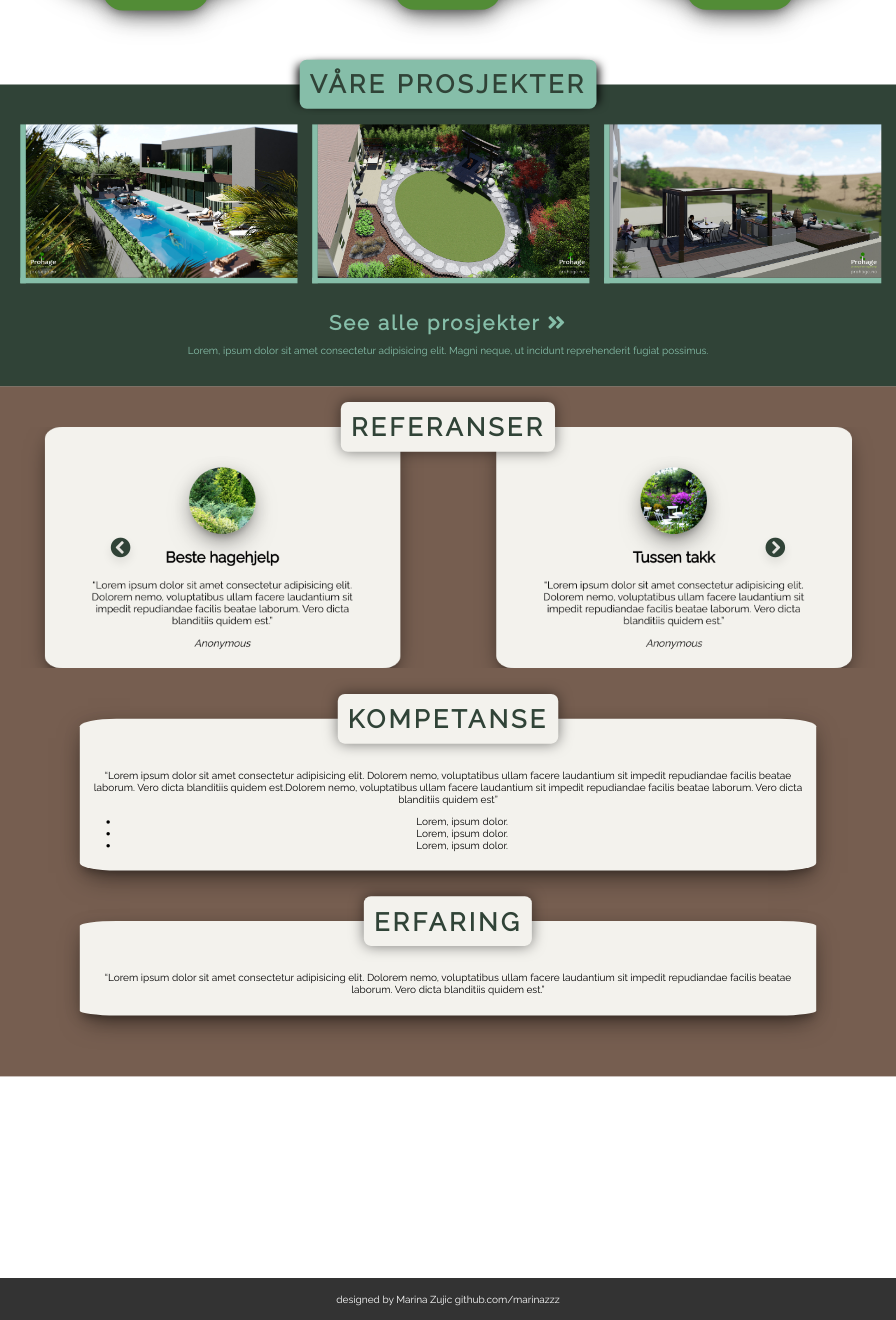
Repository: marinazzz/garden-design-website
Page: Garden design website/index.html
An editor plug-in stored every save of this project. The page is shown before and after the next save, followed by the edit.
The browser window is 1280 px wide. The pictures show the part of the page from y = 1404 to 3324 px (the page is 3290 px tall before and 3324 px after), at 70% of full size.

Above is the page before, as saved 2020-04-06 10:23:39.

### Garden design website/index.html
<!DOCTYPE html>
<html lang="nb">
<head>
    <title>Hagedesign Oslo</title>
    <link rel="stylesheet" type="text/css" href="CSS/fontawesome-free-5.12.1-web/css/all.min.css">
    <link rel="stylesheet" type="text/css" href="CSS/style.css"/>
    <link rel="stylesheet" type="text/css" href="CSS/min-width-768px.css">
    <link rel="stylesheet" type="text/css" href="CSS/min-width-992px.css">
    <link rel="stylesheet" href="https://cdnjs.cloudflare.com/ajax/libs/animate.css/3.7.2/animate.min.css">
    <link rel="stylesheet" type="text/css" href="PLUGINS/glide-master/dist/css/glide.core.min.css" />
    <link rel="stylesheet" type="text/css" href="PLUGINS/glide-master/dist/css/glide.theme.min.css" />
    <link href="https://fonts.googleapis.com/css?family=Raleway&display=swap" rel="stylesheet">
    <meta name="viewport" content="width=device-width, initial-scale=1" charset="UTF-8">
</head>
<body>
    <header class="header--white-green">
        <div class="wrapper">
        <div class="container__menu--small container__menu"> <!--grid container-->
            <div class="container__logo"> <!--1.column-->
                <img class="logo"src="images/prohage black.png" alt="Prohage logo">
            </div>
            <div class="container__items--small container__items"> <!--2.column-->
                <div class="container__item"> <!--1.row-->
                     <a href="mailto:info@prohage.no"
                         class ="container__item-txt"><i class="far fa-envelope"></i>info@prohage.no</a>
                     <a href="tlf:45511111"
                         class="container__item-txt"><i class="fas fa-phone"></i>45511111</a>
                </div>
               <div class="container__item-bottom"> <!--2.row-->
                   <button class="menu__toggle">
                       <i class="fas fa-bars"></i>
                   </button>
                   <nav id="menu">
                        <ul class="menu__list">
                            <li class="menu__item">
                                <a class="menu__link" href="home">Home</a>
                            </li>
                            <li class="menu__item">
                                <a class="menu__link" href="#services">Våre tjenester</a>
                            </li>
                            <li class="menu__item">
                                <a class="menu__link" href="#gallery">Galleri</a>
                            </li>
                            <li class="menu__item">
                                <a class="menu__link" href="#about">Om oss</a>
                            </li>
                            <li class="menu__item">
                                <a class="menu__link" href="#blog">Blogg</a>
                            </li>
                            <li class="menu__item">
                                <a class="menu__link" href="kontakt">Kontakt</a>
                            </li>
                       </ul>
                   </nav>
               </div>
            </div>
            </div>
        </div>
        <section id="main-photo">
            <div class="glide">
                <div class="glide__track"
                     data-glide-el="track">
                    <ul class="glide__slides">
                        <li class="glide__slide">
                            <img class="main-photo__item"
                                 srcset="images/daylight-environment-garden-2000.jpg 2000w,
                                         images/daylight-environment-garden-1000.jpg 1000w"
                                 sizes="(min-width: 1440px) 2000px, 100vw"
                                 src="images/daylight-environment-garden-2000.jpg" alt="Garden and plants" />
                                 <h1 class="main-photo__title">Profesjonell hagehjelp</h1>
                        </li>
                        <li class="glide__slide">
                            <img class="main-photo__item"
                                 srcset="images/main-header-photo-2000.jpg 2000w,
                                          images/main-header-photo-1000.jpg 1000w"
                                 sizes="(min-width: 1440px) 2000px, 100vw"
                                 src="images/main-header-photo-2000.jpg" alt="Garden and plants" />
                                 <h1 class="main-photo__title">Ta kontakt allerede idag</h1>
                                </li>
                        <li class="glide__slide">
                            <img class="main-photo__item"
                                 srcset="images/header-photo-2000.jpg 2000w,
                                         images/header-photo-1000.jpg 1000w"
                                 sizes="(min-width: 1440px) 2000px, 100vw"
                                 src="images/header-photo-2000.jpg" alt="Garden designed by proffesional" />
                                 <h1 class="main-photo__title">Rådgiving og tipser</h1>
                        </li>
                        <li class="glide__slide">
                            <img class="main-photo__item"
                                 srcset="images/bloom-blooming-blur-2000.jpg 2000w,
                                         images/bloom-blooming-blur-1000.jpg 1000w"
                                 sizes="(min-width: 1440px) 2000px, 100vw"
                                 src="images/bloom-blooming-blur-2000.jpg" alt="Garden designed by proffesional" />
                                 <h1 class="main-photo__title">Følg vår hageblogg</h1>
                        </li>
                    </ul>
                </div>
                <!--<div class="glide__arrows"
                         data-glide-el="controls">
                        <button class="glide__arrow glide__arrow--left"
                                data-glide-dir="<">
                            <i class="fas fa-chevron-circle-left"></i>
                        </button>
                        <button class="glide__arrow glide__arrow--right"
                                data-glide-dir=">">
                            <i class="fas fa-chevron-circle-right"></i>
                        </button>
                    </div>-->
            </div>

            <!--<img class="main-photo__item1"
                 srcset="images/architecture-clouds-daylight-2000.jpg 2000w,
                         images/architecture-clouds-daylight-1000.jpg 1000w"
                 sizes="(min-width: 1440px) 2000px, 100vw"
                 src="images/architecture-clouds-daylight-2000.jpg" alt="Garden">
            <img class="main-photo__item2"
                 srcset="images/header-photo-2000.jpg 2000w,
                         images/header-photo-1000.jpg 1000w"
                 sizes="(min-width: 1440px) 2000px, 100vw"
                 src="images/header-photo-2000.jpg" alt="Garden designed by proffesional" >
            <img class="main-photo__item3"
                 srcset="images/main-header-photo-2000.jpg 2000w,
                         images/main-header-photo-1000.jpg 1000w"
                 sizes="(min-width: 1440px) 2000px, 100vw"
                 src="images/main-header-photo-2000.jpg" alt="Garden and plants" >
            <h1 class="main-photo__title">Profesjonell hagehjelp</h1>-->
        </section>
     </header>
     <main>
         <section id="services" class="section--white-green section__container">
            <h1 class="services__title">Tjenester</h1>
            <div class="services__wrapp">
            <section class="services__item">
                <div class="item-title__wrapp">
                    <i class="fas fa-circle"></i>
                    <h2 class="services__item-title">Hagedesign</h2>
                </div>
                <p class="services__txt">Lorem ipsum dolor sit amet consectetur adipisicing elit. Reiciendis, laboriosam.ipsum ex aperiam dolores corporis iusto!</p>
                <div class="button__position">
                     <img class="services__photo" src="images/Hagedesign.jpg" alt="Hagedesigner tegner" />
                     <button class="services__toggle">les mer</button>
                </div>
            </section>
            <section class="services__item">
                <div class="item-title__wrapp">
                    <i class="fas fa-circle"></i>
                    <h2 class="services__item-title">Hagekonsultasjon</h2>
                </div>
                <p class="services__txt">Lorem ipsum dolor sit amet consectetur adipisicing elit. Reiciendis, laboriosam.ipsum ex aperiam dolores corporis iusto!</p>
                <div class="button__position">
                    <img class="services__photo" src="images/konsultasjon.jpg" alt="Hagekonsultasjon med hagedesigner"/> <!--smaller picture than other 2-->
                    <button class="services__toggle">les mer</button>
                </div>
            </section>
            <section class="services__item">
                <div class="item-title__wrapp">
                    <i class="fas fa-circle"></i>
                    <h2 class="services__item-title">Hageskise</h2>
                </div>
                <p class="services__txt">Lorem ipsum dolor sit amet consectetur adipisicing elit. Reiciendis, laboriosam.ipsum ex aperiam dolores corporis iusto!</p>
                <div class="button__position">
                    <img class="services__photo" src="images/skisse.jpg" alt="Hagedesigner hjelp"/>
                    <button class="services__toggle">les mer</button>
                </div>
            </section>
            </div>
         </section>
         <section id="gallery" class="section--dark-green section__container">
            <h1 class="gallery__title services__title">Våre prosjekter</h1>
            <div class="gallery__wrapp services__wrapp">
                <div class="gallery__items">
                    <div class="gallery__item-wrapp">
                        <img class="gallery__item"
                             srcset="images/gallery-photo1-2000.jpg 2000w,
                                     images/gallery-photo1-1000.jpg 1000w"
                             sizes="(min-width: 1440px) 2000px, 100vw"
                             src="images/gallery-photo1-2000.jpg" alt="Hagedesign terrase" />
                    </div>
                    <div class="gallery__item-wrapp gallery__item-wrapp--padding">
                        <img class="gallery__item"
                             srcset="images/gallery-photo2-2000.jpg 2000w,
                                     images/gallery-photo2-1000.jpg 1000w"
                             sizes="(min-width: 1440px) 2000px, 100vw"
                             src="images/gallery-photo2-2000.jpg" alt="Hagedesign terrase" />
                    </div>
                    <div class="gallery__item-wrapp">
                        <img class="gallery__item"
                             srcset="images/gallery-photo3-2000.jpg 2000w,
                                     images/gallery-photo3-1000.jpg 1000w"
                             sizes="(min-width: 1440px) 2000px, 100vw"
                             src="images/gallery-photo3-2000.jpg" alt="Hagedesign terrase" />
                    </div>
                </div>
                <div class="gallery__txt-wrapp">
                    <h2 class="gallery__item-title services__item-title">See alle prosjekter
                        <i class="fas fa-angle-double-right"></i>
                    </h2>
                    <p class="gallery__txt">Lorem, ipsum dolor sit amet consectetur adipisicing elit. Magni neque, ut incidunt reprehenderit fugiat possimus.</p>
                </div>
            </div>
        </section>
        <div class="reviews__bg">
            <section id="section__reviews">
                <h1 class="reviews__title sections__title">Referanser</h1>
                <div class="glide">
                    <div class="glide__track" data-glide-el="track">
                      <ul class="glide__slides">
                        <li class="glide__slide">
                            <div class="review__items">
                                <img class="review__photo"
                                 src="images/review-picture1.jpg" alt="Hagedesign terrase" />
                                <h2 class="review__title">Beste hagehjelp</h2>
                                <blockquote>
                                    <p class="review__txt">Lorem ipsum dolor sit amet consectetur adipisicing elit.
                                       Dolorem nemo, voluptatibus ullam facere laudantium sit impedit repudiandae facilis beatae laborum.
                                       Vero dicta blanditiis quidem est.</p>
                                     <footer class="review__author">Anonymous</footer>
                                </blockquote>
                            </div>
                        </li>
                        <li class="glide__slide">
                            <div class="review__items">
                                <img class="review__photo"
                                 src="images/review-picture2.jpg" alt="Hagedesign terrase" />
                                <h2 class="review__title">Tussen takk</h2>
                                <blockquote>
                                    <p class="review__txt">Lorem ipsum dolor sit amet consectetur adipisicing elit.
                                       Dolorem nemo, voluptatibus ullam facere laudantium sit impedit repudiandae facilis beatae laborum.
                                       Vero dicta blanditiis quidem est.</p>
                                     <footer class="review__author">Anonymous</footer>
                                </blockquote>
                            </div>
                        </li>
                        <li class="glide__slide">
                            <div class="review__items">
                                <img class="review__photo"
                                 src="images/review-picture3.jpg" alt="Hagedesign terrase" />
                                <h2 class="review__title">Anbefaler</h2>
                                <blockquote>
                                    <p class="review__txt">Lorem ipsum dolor sit amet consectetur adipisicing elit.
                                       Dolorem nemo, voluptatibus ullam facere laudantium sit impedit repudiandae facilis beatae laborum.
                                       Vero dicta blanditiis quidem est.</p>
                                     <footer class="review__author">Anonymous</footer>
                                </blockquote>
                            </div>
                        </li>
                      </ul>
                    </div>
                    <div class="glide__arrows"
                             data-glide-el="controls">
                            <button class="glide__arrow glide__arrow--left"
                                    data-glide-dir="<">
                                <i class="fas fa-chevron-circle-left"></i>
                            </button>
                            <button class="glide__arrow glide__arrow--right"
                                    data-glide-dir=">">
                                <i class="fas fa-chevron-circle-right"></i>
                            </button>
                        </div>
                 </div>
            </section>
            <section id="section__about">
                <h1 class="reviews__title sections__title">Kompetanse</h1>
                <div class="review__items">
                    <p class="review__txt">Lorem ipsum dolor sit amet consectetur adipisicing elit.
                        Dolorem nemo, voluptatibus ullam facere laudantium sit impedit repudiandae facilis beatae laborum.
                        Vero dicta blanditiis quidem est.Dolorem nemo, voluptatibus ullam facere laudantium sit impedit repudiandae facilis beatae laborum.
                        Vero dicta blanditiis quidem est</p>
                        <ul class="about__list">
                            <li>
                                Lorem, ipsum dolor.
                            </li>
                            <li>
                                Lorem, ipsum dolor.
                            </li>
                            <li>
                                Lorem, ipsum dolor.
                            </li>
                        </ul>
                </div>
            </section>
            <section id="section__experience">
                <h1 class="reviews__title sections__title">Erfaring</h1>
                <div class="review__items">
                    <p class="review__txt">Lorem ipsum dolor sit amet consectetur adipisicing elit.
                        Dolorem nemo, voluptatibus ullam facere laudantium sit impedit repudiandae facilis beatae laborum.
                        Vero dicta blanditiis quidem est.</p>
                </div>
            </section>
        </div>
        <article id="blog-posts">

        </article>
     </main>
     <footer class="footer__main">
	     <p>designed by Marina Zujic
		     <a href="https://github.com/marinazzz">github.com/marinazzz</a>
	     </p>
     </footer>
     <script src="PLUGINS/glide-master/dist/glide.min.js"></script>
     <script src="JS/js-app.js"></script>
</body>
</html>

### Garden design website/CSS/min-width-768px.css
@media screen and (min-width: 768px) {

  html {
    font-size: 70%;
  }

   /* HEADER */


   .container__menu,
   .container__items {
    display: grid;
   }

   .container__menu {
    grid-template-columns: 2fr 80%;
    box-shadow: 0 0 2rem 0 rgba(0, 0, 0, 0.62), 0 0 30rem 0 rgba(0, 0, 0, 0.19);
  }

  .container__items {
    grid-template-rows: 1fr 1fr;
    background: var(--header-bg-color);
    width: auto;
  }

  .container__item,
  .container__item-bottom {
    display: flex;
  }

  .container__item {
    align-self: center;
    justify-content: space-around;
    /*padding-left: 23rem;*/
  }

  .container__item > a:first-of-type {
    padding-left: 10rem;
  }

  .container__item-bottom {
    align-items: center;
  }

  .menu__toggle {
    display: none;
  }

  /* NAVIGATION */

  #menu,
  .menu-opened .menu__item .menu__link {
    display: block;
  }

  #menu {
    position: static;
    padding: 0;
    top: 0;
  }

  #menu,
  .menu_list {
    height: 100%;
  }

  .menu__list {
    height: 100%;
    flex-direction: row;
    justify-content: center;
    align-items: center;
    padding-left: 5rem;
  }

  .menu__item {
    height: 100%;
    display: block;
    flex-grow: 1;
    margin: 0;
    line-height: 4.5rem;
  }

  .menu__item:hover {
    background-color:#272727;
  }

  .menu__link:active {
    color:black;
  }

  .menu__link,
  .container__item-txt {
    font-weight: bold;
  }

  /* color styles */

  :root {
    /*header*/
    --header-bg-color:#528C36;
    --link-color: #FCFDF9;
  }

  /* MAIN PHOTO */

  .main-photo__title {
    font-size: 2rem;
    letter-spacing: 0.3rem;
}


/* SECTIONS */

/*Common styles for sections*/
/*layout*/
.services__wrapp,
.gallery__items {
  flex-direction: row;
}

/*SECTION SERVICES*/

/*.services__item {
  padding-top: 3rem;
}*/

.button__position > button {
  bottom: -20%;
}

/*SECTION GALLERY*/

.gallery__title {
  width: auto;
}

.gallery__wrapp {
  padding: 0;
  flex-wrap: wrap;
  justify-content: space-around;
}

.gallery__txt-wrapp {
  display: block;
  margin: auto;
}

.gallery__item-wrapp {
  padding: 0 2rem 2rem 2rem;;
}

.gallery__item-wrapp--padding {
  padding: 0 0 2rem 0;
}

/*SECTION REVIEWS*/

#section__reviews .glide__arrow--right {
  right: 10rem;
}

#section__reviews .glide__arrow--left {
  left: 10rem;
}


}

### Garden design website/CSS/min-width-992px.css
@media screen and (min-width: 992px) {
    html {
        font-size: 90%;
    }

   /* HEADER */

    .logo {
        max-height: 9rem;
    }

    .container__items {
        width: auto;
    }

    .container__item {
        padding-left: 22rem;;
    }

    .container__item-bottom,
    .container__items {
        padding: 0;
    }

    #menu {
        padding-left: 10rem;
    }

    /*SECTION REVIEWS*/


}

@media screen and (min-width: 1440px) {

    /* HEADER */
    .container__menu {
        max-width: 1500px;
        margin: 0 auto;
    }

    .container__item {
        padding-left: 47rem;;
    }

    #menu {
        padding-left: 30rem;
    }


    /* MAIN PHOTO */

    .main-photo__title {
        font-size: 3rem;
        letter-spacing: 0.5rem;
    }
}

@media screen and (min-width: 2560px) {
    html {
        font-size: 100%;
    }

    .logo {
        max-height: 12rem;
    }

    .container__item {
        justify-self: center;
    }

    .container__item > a:first-of-type {
        padding: 0 13rem;
    }

    .container__item-bottom {
        padding: 0 40rem;
    }

    /*content on middle*/

    .container__menu {
        max-width: 2000px;
    }

    .container__item-bottom,
    .container__items {
        padding: 0;
    }

    #menu,
    .container__item {
        padding-left: 50rem;
    }

    /* SECTIONS */

    .section__container {
        max-width: 2000px;
        margin: 0 auto;
    }

    .button__position > button {
        bottom: -15%;
      }

      /*SECTION GALLERY*/

      .gallery__wrapp {
          justify-content: space-around;
      }

      .services__wrapp {
          padding: 0;
      }

}

Loaded but not shown: Garden design website/CSS/fontawesome-free-5.12.1-web/css/all.min.css (library); Garden design website/PLUGINS/glide-master/dist/css/glide.core.min.css (common file); Garden design website/PLUGINS/glide-master/dist/css/glide.theme.min.css (common file); Garden design website/PLUGINS/glide-master/dist/glide.min.js (library); Garden design website/JS/js-app.js (55 lines, source omitted); Garden design website/CSS/style.css (502 lines, source omitted)

After the next save:
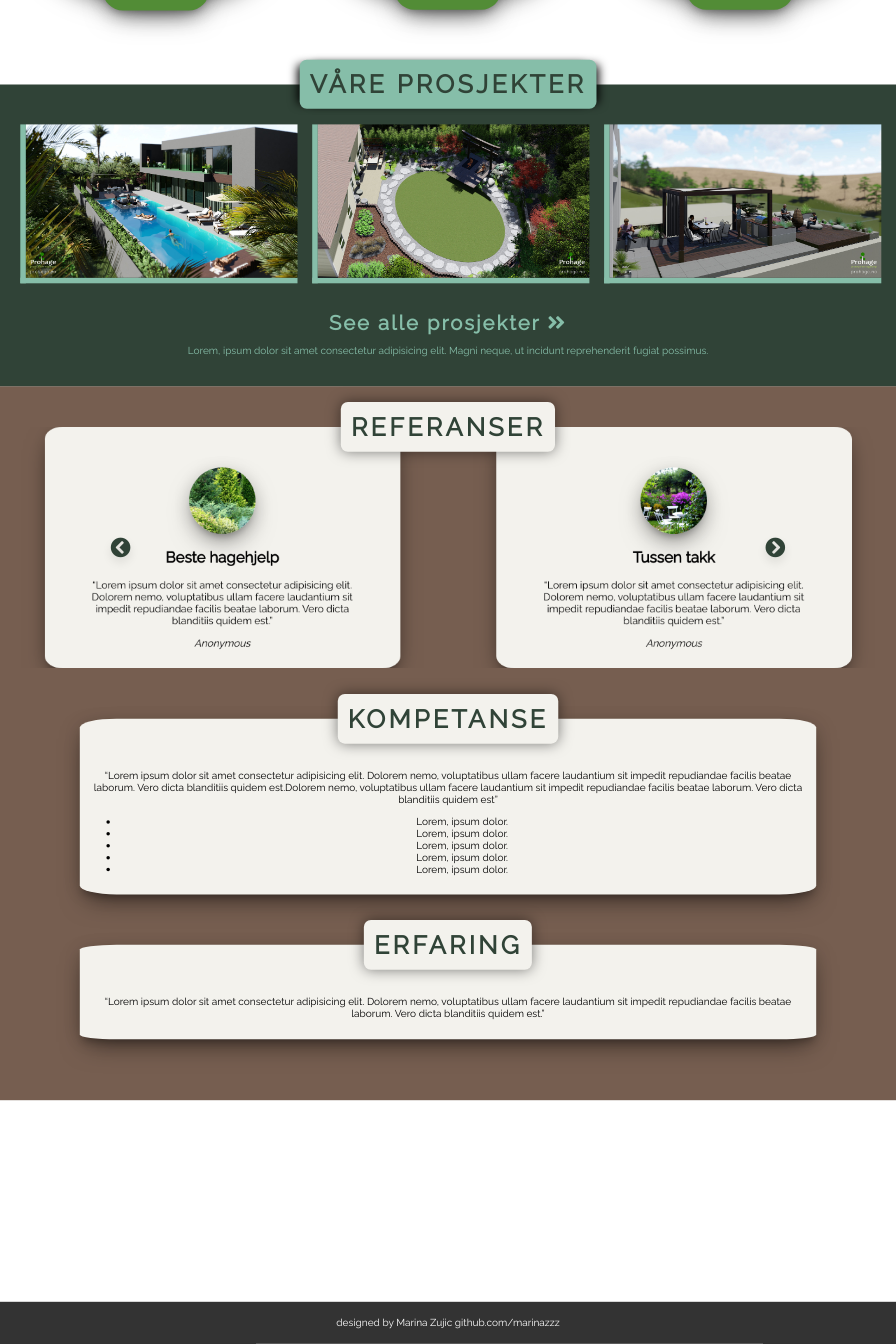
Saved 61 s later.
--- a/Garden design website/index.html
+++ b/Garden design website/index.html
@@ -276,6 +276,12 @@
                             <li>
                                 Lorem, ipsum dolor.
                             </li>
+                            <li>
+                                Lorem, ipsum dolor.
+                            </li>
+                            <li>
+                                Lorem, ipsum dolor.
+                            </li>
                         </ul>
                 </div>
             </section>
